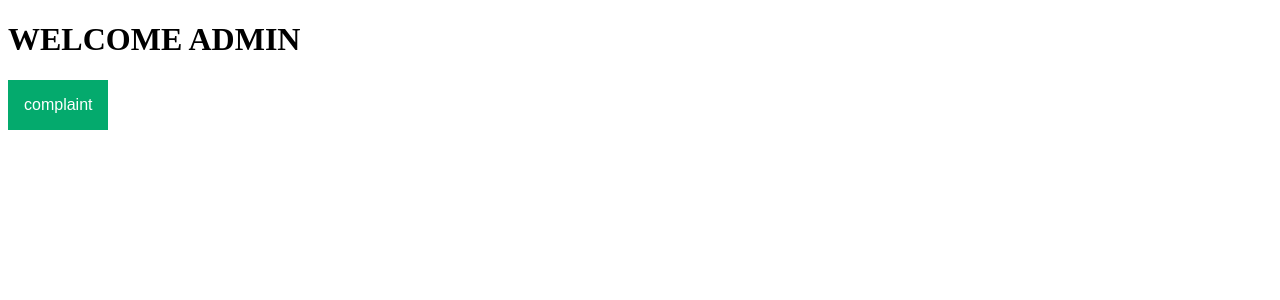
Repository: Jobinte/KSEB-PROJECT
Page: KSEB-complaint-management/WebContent/admin.html
An editor plug-in stored every save of this project. The page is shown before and after the next save, followed by the edit.
The browser window is 1280 px wide. The pictures show the whole page.

Above is the page before, as saved 2023-11-21 09:39:55.

### KSEB-complaint-management/WebContent/admin.html
<!DOCTYPE html>
<html>
<head>
<meta charset="ISO-8859-1">
<title>admin</title>
<link href="css/admin.css" rel="stylesheet" type="text/css" />
</head>
<body>
 <div class="header">
        <h1>WELCOME ADMIN</h1>
    </div>
<div class="dropdown">
  <button class="dropbtn">complaint</button>
  <div class="dropdown-content">
    <a href="#"> Register complaint </a>
    <a href="#"> editcomplaint </a>
    <a href="#"> complaint status</a>
  </div>
</div>



</body>
</html>

### KSEB-complaint-management/WebContent/css/admin.css
.dropbtn {
	background-color: #04AA6D;
	color: white;
	padding: 16px;
	font-size: 16px;
	border: none;
}

.dropdown {
	position: relative;
	display: inline-block;
}

.dropdown-content {
	display: none;
	position: absolute;
	background-color: #f1f1f1;
	min-width: 160px;
	box-shadow: 0px 8px 16px 0px rgba(0, 0, 0, 0.2);
	z-index: 1;
}

.dropdown-content a {
	color: black;
	padding: 12px 16px;
	text-decoration: none;
	display: block;
}

.dropdown-content a:hover {
	background-color: #ddd;
}

.dropdown:hover .dropdown-content {
	display: block;
}

.dropdown:hover .dropbtn {
	background-color: #3e8e41;
}

After the next save:
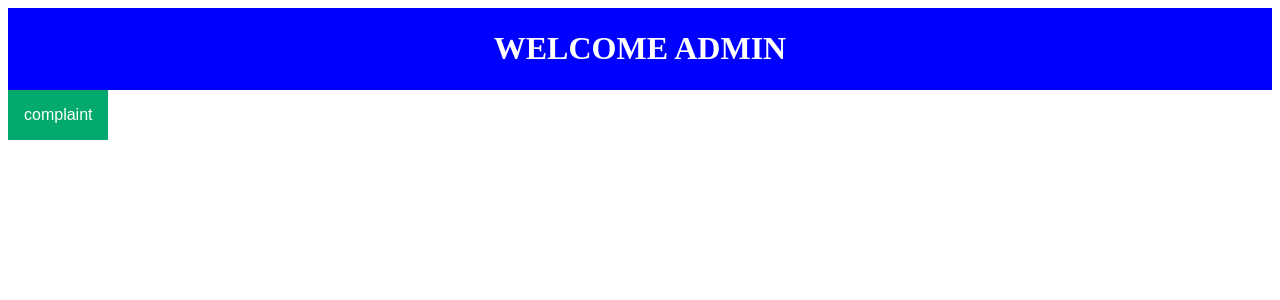
Saved 94 s later.
--- a/KSEB-complaint-management/WebContent/css/admin.css
+++ b/KSEB-complaint-management/WebContent/css/admin.css
@@ -1,3 +1,10 @@
+ .header {
+            background-color:blue;
+            color: white;
+            text-align: center;
+            padding: 1px;
+        }
+
 .dropbtn {
 	background-color: #04AA6D;
 	color: white;
